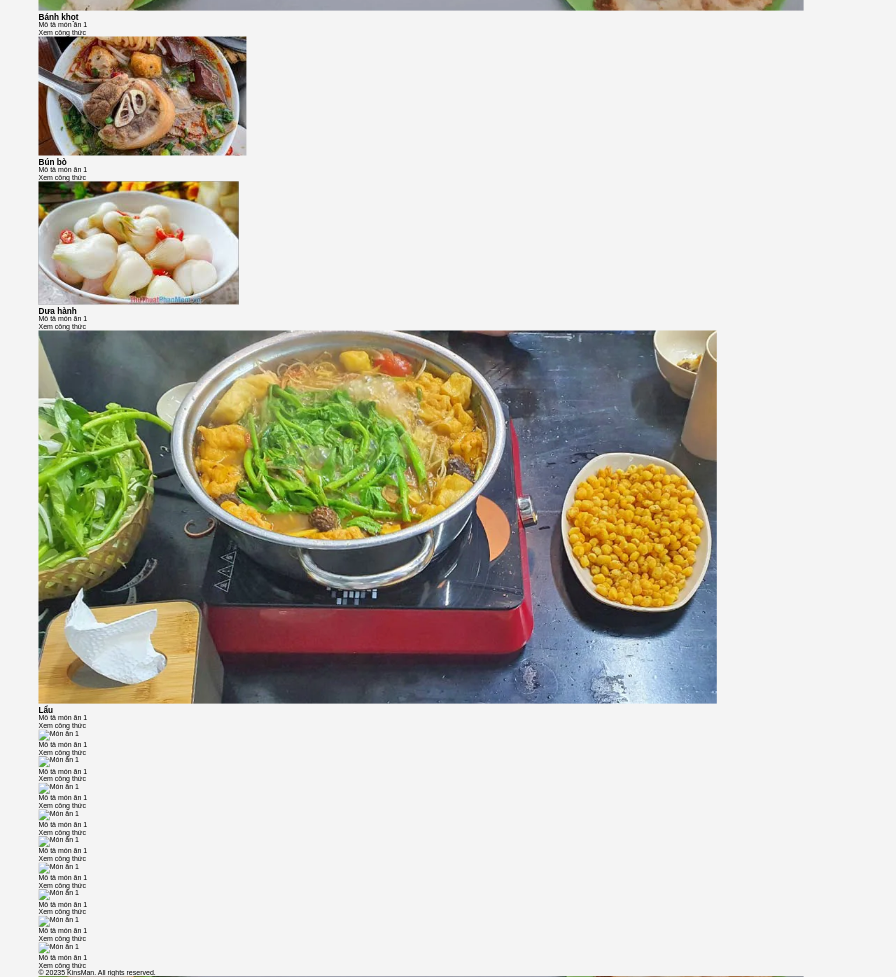
Repository: hoang28092000/how-food
Page: index.html
These files come from the project's save history. The page is drawn as it stood at one moment and after a run of saves; the edit follows.
The browser window is 1280 px wide. The pictures show the part of the page from y = 1733 to 3653 px (the page is 3128 px tall before and 3653 px after), at 70% of full size.

Above is the page before, as saved 2025-04-14 23:56:33.

After the next 3 saves:
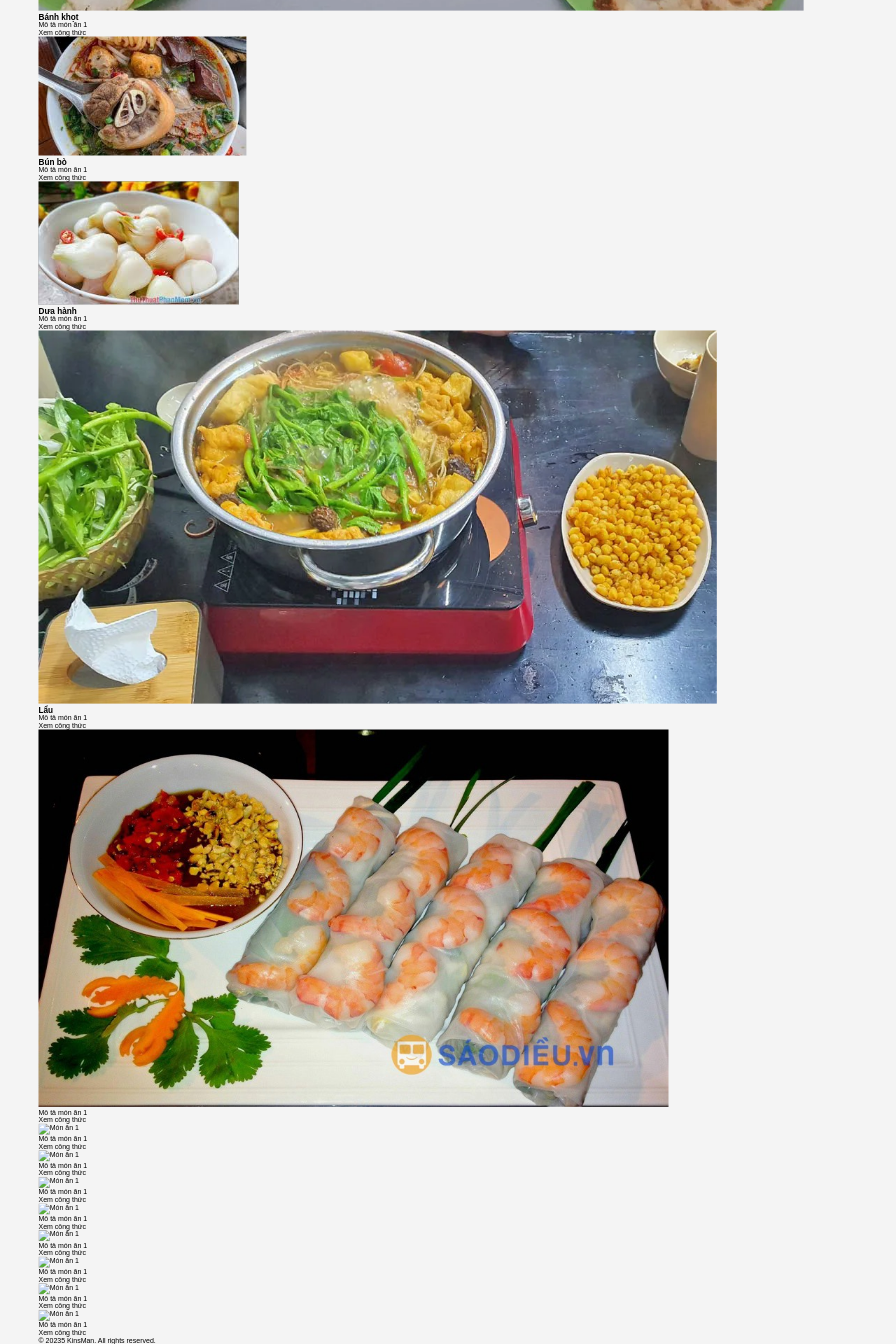
The 3 saves are shown as one change because they came seconds apart.
The last was saved 8 s later.
--- a/index.html
+++ b/index.html
@@ -65,7 +65,7 @@
                     </div>
                 </div>
                 <div class="food-item">
-                    <img src="" alt="Món ăn 1" class="food-image">
+                    <img src="./image/nemccuon.jpg" alt="Món ăn 1" class="food-image">
                     <div class="info-card">
                         <h3 class="food-name"></h3>
                         <p class="food-description">Mô tả món ăn 1</p>
